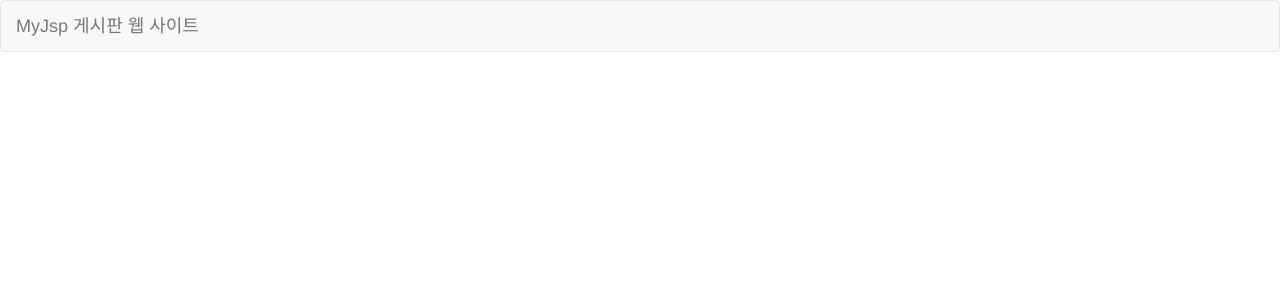
Repository: Ji3un/JspBoard
Page: http://localhost/BBS/join.jsp
These files come from the project's save history. The page is drawn as it stood at one moment and after the next save; the edit follows.
The browser window is 1280 px wide. The pictures show the whole page.
Some web libraries are served in a nearby version. The page is served by Tomcat 9.

Above is the page before, as saved 2017-10-03 10:26:22.

After the next save:
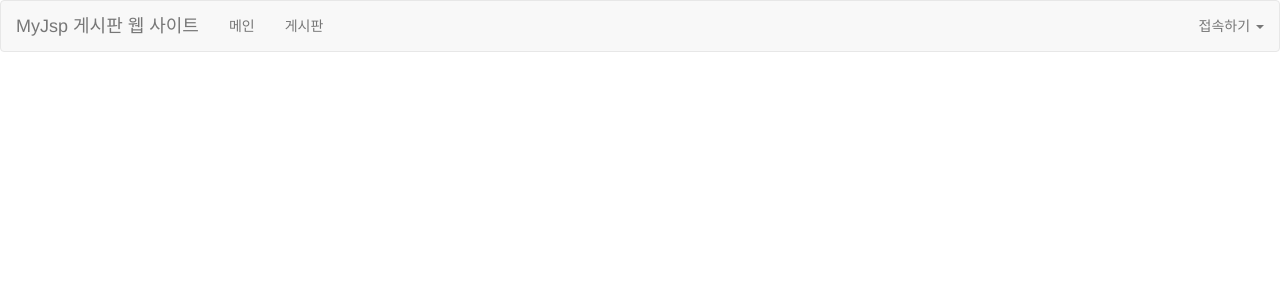
Saved 8 min 18 s later.
--- a/BBS/WebContent/join.jsp
+++ b/BBS/WebContent/join.jsp
@@ -20,6 +20,20 @@
 			</button>
 			<a class="navbar-brand" href="main.jsp">MyJsp 게시판 웹 사이트</a>
 		</div>
+		<div class="collapse navbar-collapse" id="#bs-example-navbar-collapse-1">
+			<ul class="nav navbar-nav">
+				<li><a href="main.jsp">메인</a></li>
+				<li><a href="bbs.jsp">게시판</a></li>
+			</ul>
+			<ul class="nav navbar-nav navbar-right">
+				<li class="dropdown">
+					<a class="dropdown-toggle" data-toggle="dropdown"
+					role="button" href="#" aria-haspopup="true" aria-expanded="false">
+					접속하기 <span class="caret"></span>
+					</a>
+				</li>
+			</ul>
+		</div>
 	</nav>
 	<script src="https://code.jquery.com/jquery-3.2.1.min.js"></script>
 	<script src="js/bootstrap.js"></script>
